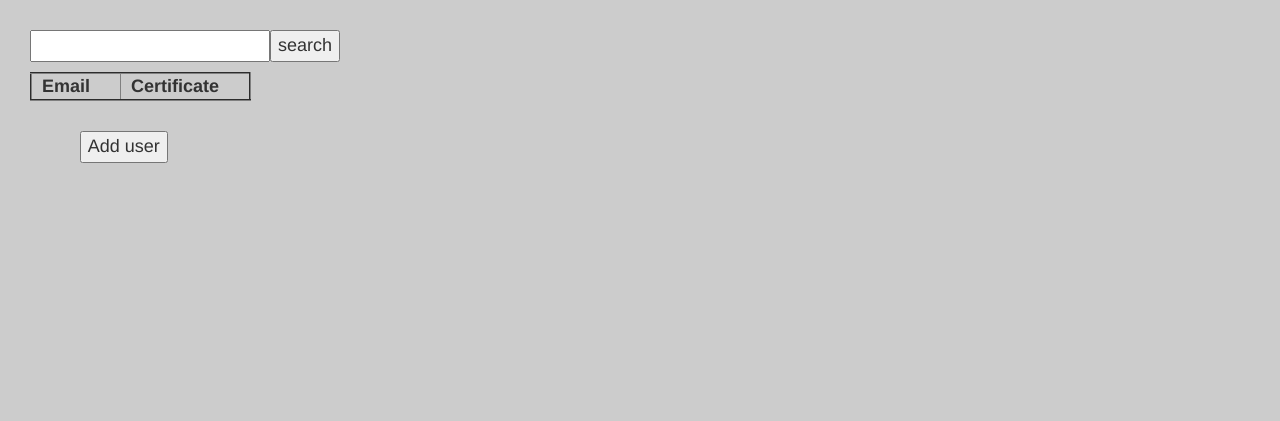
Repository: marijabroceta/ProjekatIB
Page: IB_Project_Shell/src/main/resources/static/main_page.html
These files come from the project's save history. The page is drawn as it stood at one moment and after the next save; the edit follows.
The browser window is 1280 px wide. The pictures show the whole page.
The page's requests for data from a server got no answer.

Above is the page before, as saved 2018-06-30 22:51:26.

After the next save:
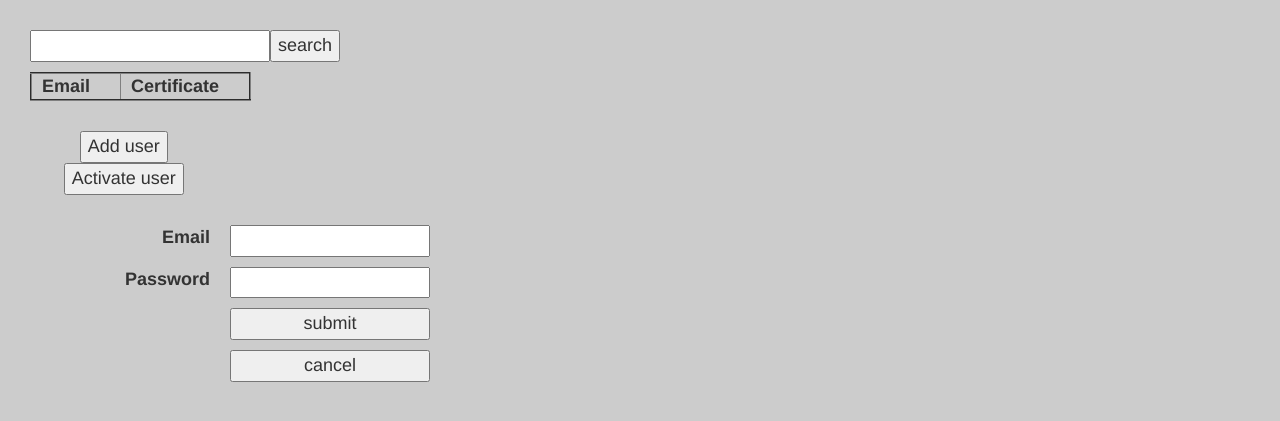
Console error: SyntaxError: Unexpected identifier 'contentType'
Saved 4 min 46 s later.
--- a/IB_Project_Shell/src/main/resources/static/js/main_page.js
+++ b/IB_Project_Shell/src/main/resources/static/js/main_page.js
@@ -178,6 +178,27 @@
 }
 
 function search(){
+	var search = $('#search').val().trim();
+
+	$.ajax({
+			type:'GET'
+			contentType: 'application/json',
+	        headers:{"Authorization" :"Bearer " + token},
+
+	        url: 'https://localhost:8443/api/users/' + search,
+	        dataType: 'json',
+	        crossDomain: true,
+			cache: false,
+			processData: false,
+			success:function(response){
+				alert("Activated");
+			},
+			error: function (jqXHR, textStatus, errorThrown) {
+				console.log(jqXHR);
+				alert(textStatus);
+			}
+
+	});
 
 }
 

After the 6 saves that followed:
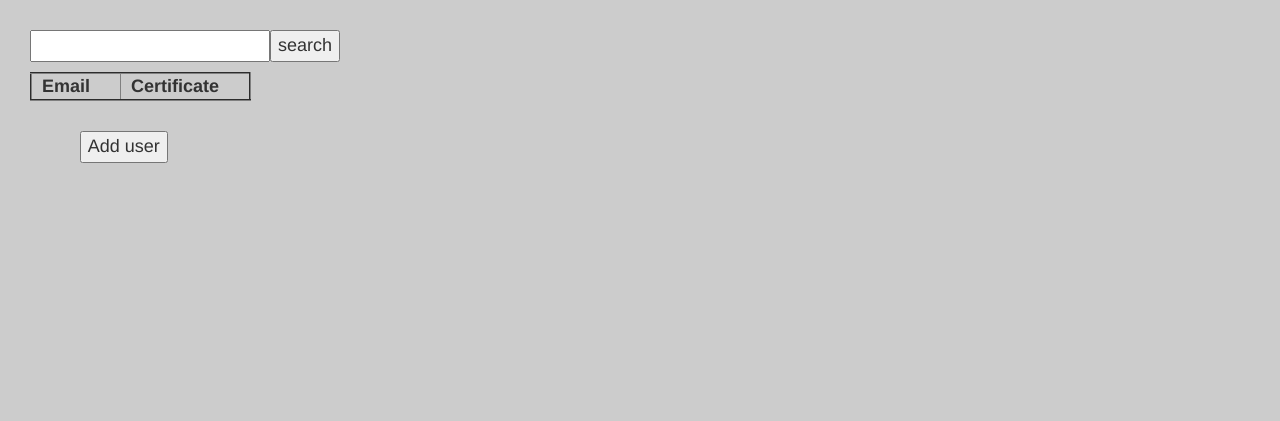
The error is gone.
The 6 saves are shown as one change because 5 left the picture as it was.
The last was saved 3 min 29 s later.
--- a/IB_Project_Shell/src/main/resources/static/main_page.html
+++ b/IB_Project_Shell/src/main/resources/static/main_page.html
@@ -12,7 +12,7 @@
 
 	<div id="table">
 		<div id="search_div">
-			<input type="text" name="search" id="search" />
+			<input type="text" name="search" id="search" onclick="search()"/>
 			<input type="button" name="search_btn" id="search_btn" value="search"/>
 		</div>
 		<table id="users_table" border="2">
--- a/IB_Project_Shell/src/main/resources/static/js/main_page.js
+++ b/IB_Project_Shell/src/main/resources/static/js/main_page.js
@@ -179,19 +179,30 @@
 
 function search(){
 	var search = $('#search').val().trim();
-
-	$.ajax({
-			type:'GET'
+	var token = localStorage.getItem("token");
+
+	$.ajax({
+			type:'GET',
 			contentType: 'application/json',
 	        headers:{"Authorization" :"Bearer " + token},
 
-	        url: 'https://localhost:8443/api/users/' + search,
+	        url: 'https://localhost:8443/api/users/search/' + search,
 	        dataType: 'json',
 	        crossDomain: true,
 			cache: false,
 			processData: false,
 			success:function(response){
-				alert("Activated");
+				table_header();
+				var table = $('#users_table');
+				for(var i=0; i<response.length; i++) {
+					user = response[i];
+					console.log(user);
+					table.append('<tr class="data">'+
+									'<td>'+user.email+'</td>'+
+									'<td>'+user.authorities[0].name+'</td>'+
+									'<td><button class="btn btn-default">Download</button></td>'+
+								'</tr>');
+				}
 			},
 			error: function (jqXHR, textStatus, errorThrown) {
 				console.log(jqXHR);
